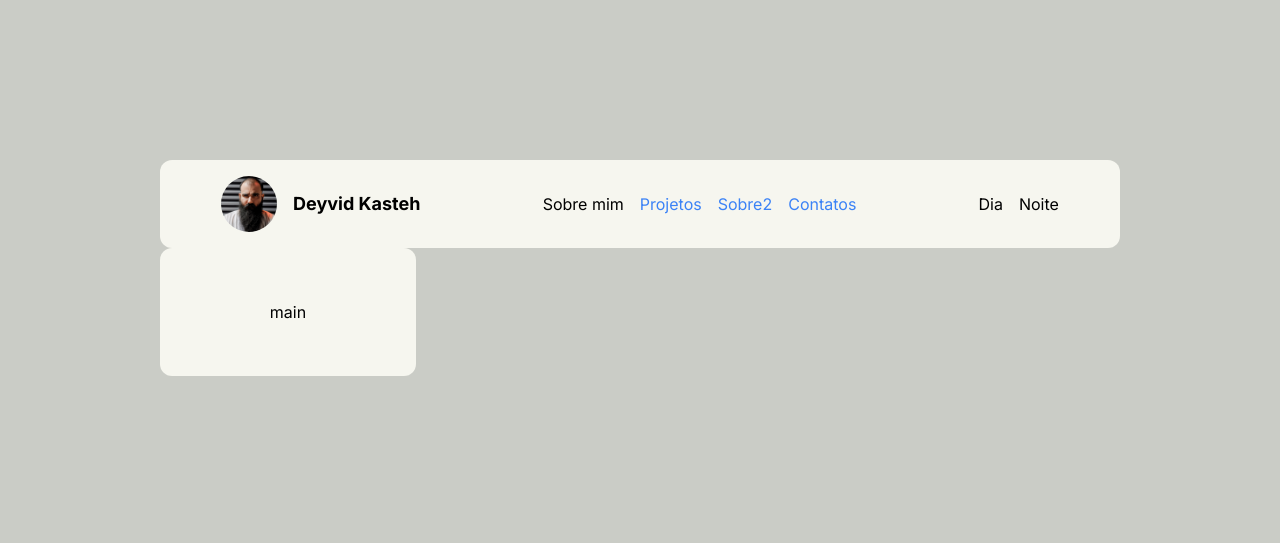
Repository: Deyvid-Kasteh/kasteh_portfolio
Page: /
An editor plug-in stored every save of this project. The page is shown before and after a run of saves, followed by the edit.
The browser window is 1280 px wide. The pictures show the whole page.
The project was rebuilt for these pictures with package versions that can differ from the ones it lists, and the page was loaded fresh each time. The framework's server and built-in components were replaced by stand-ins that run in the browser. Also part of the build but not shown: next.config.mjs.

Above is the page before, as saved 2024-03-24 17:51:38.

After the next 3 saves:
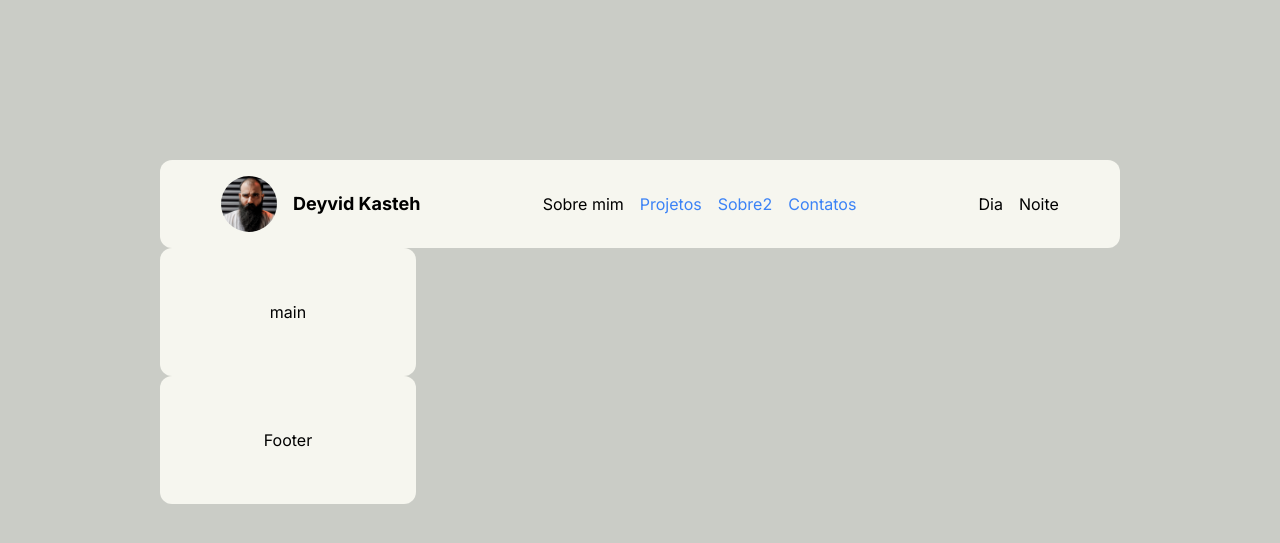
The 3 saves are shown as one change because 1 did not build or start and some came seconds apart.
The last was saved 57 s later.
--- a/src/app/page.tsx
+++ b/src/app/page.tsx
@@ -1,3 +1,4 @@
+import Footer from "./components/footer";
 import Header from "./components/header";
 import Main from "./components/main";
 
@@ -6,6 +7,7 @@ export default function Home() {
     <>
       <Header />
       <Main />
+      <Footer/>
       <footer></footer>
     </>
     // <main className="bg-neutral-200 flex min-h-screen flex-col items-center justify-between p-24">
